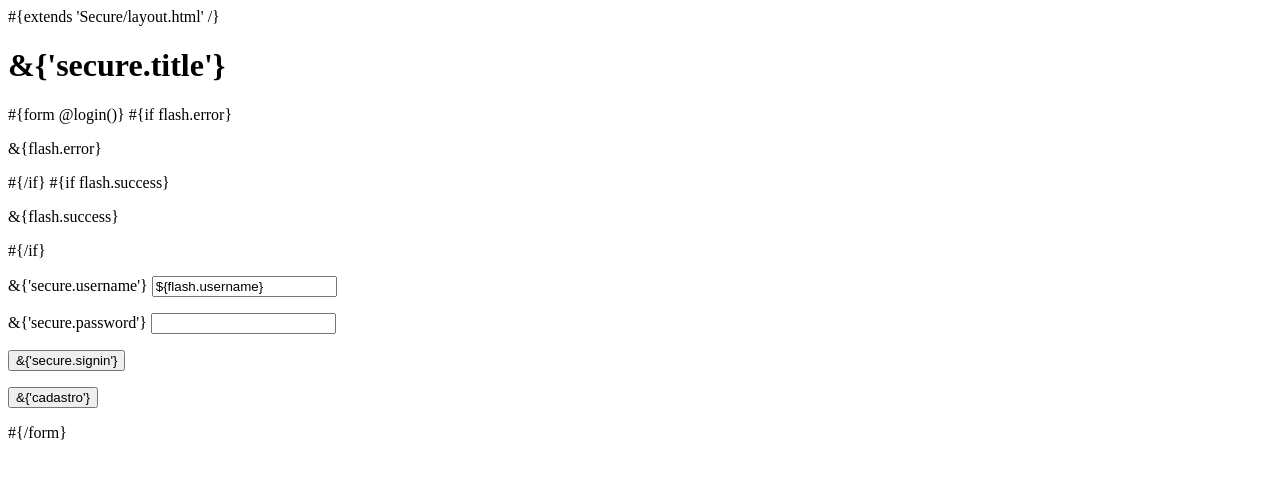
Repository: danilofonte/playframework-tutorial
Page: controleAcesso/app/views/Application/cadastro.html
The author's editor kept a copy of each file at every save. The page is drawn from the files as they stood at one save, then again after the next save.
The browser window is 1280 px wide. The pictures show the whole page.

Above is the page before, as saved 2014-02-05 11:40:14.

### controleAcesso/app/views/Application/cadastro.html
#{extends 'Secure/layout.html' /}

<div id="login">

	<h1>&{'secure.title'}</h1>

	#{form @login()}

		#{if flash.error}
			<p class="error">
				&{flash.error}
			</p>
		#{/if}
		#{if flash.success}
			<p class="success">
				&{flash.success}
			</p>
		#{/if}

		<p id="username-field">
			<label for="email">&{'secure.username'}</label>
			<input type="text" name="usuario.email" id="email" value="${flash.username}" />
		</p>
		<p id="password-field">
			<label for="password">&{'secure.password'}</label>
			<input type="password" name="usuario.password" id="password" value="" />
		</p>
		<p id="signin-field">
			<input type="submit" id="signin" value="&{'secure.signin'}" />
		</p>
		<p id="signin-field">
			<a href="@cadastro()"><input type="button" id="insert" value="&{'cadastro'}"/></a>
		</p>
	#{/form}
</div>

After the next save:
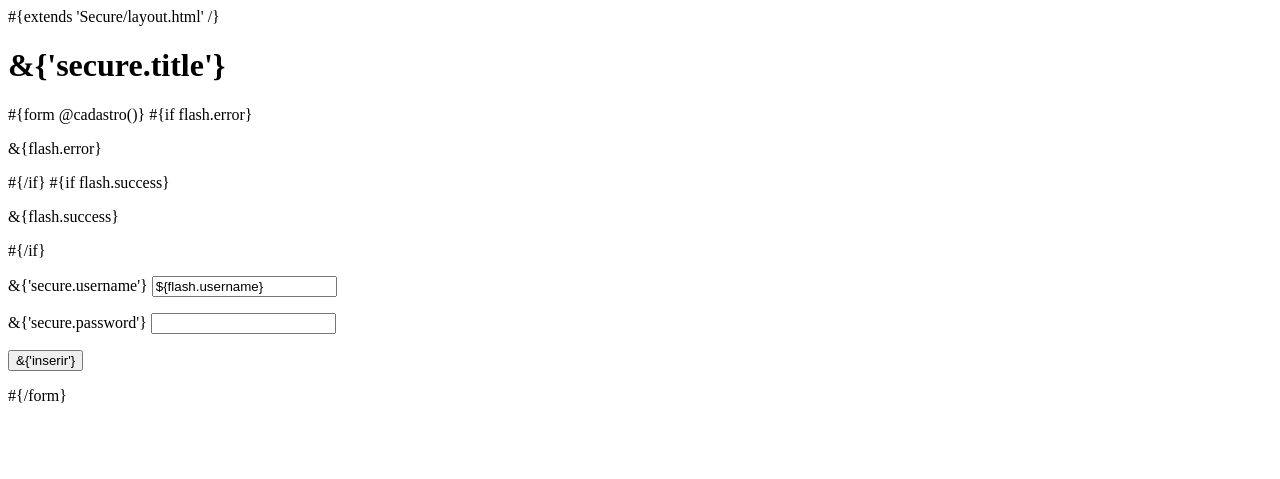
Saved 73 s later.
--- a/controleAcesso/app/views/Application/cadastro.html
+++ b/controleAcesso/app/views/Application/cadastro.html
@@ -4,7 +4,7 @@
 
 	<h1>&{'secure.title'}</h1>
 
-	#{form @login()}
+	#{form @cadastro()}
 
 		#{if flash.error}
 			<p class="error">
@@ -26,10 +26,7 @@
 			<input type="password" name="usuario.password" id="password" value="" />
 		</p>
 		<p id="signin-field">
-			<input type="submit" id="signin" value="&{'secure.signin'}" />
-		</p>
-		<p id="signin-field">
-			<a href="@cadastro()"><input type="button" id="insert" value="&{'cadastro'}"/></a>
+			<input type="submit" id="signin" value="&{'inserir'}" />
 		</p>
 	#{/form}
 </div>
